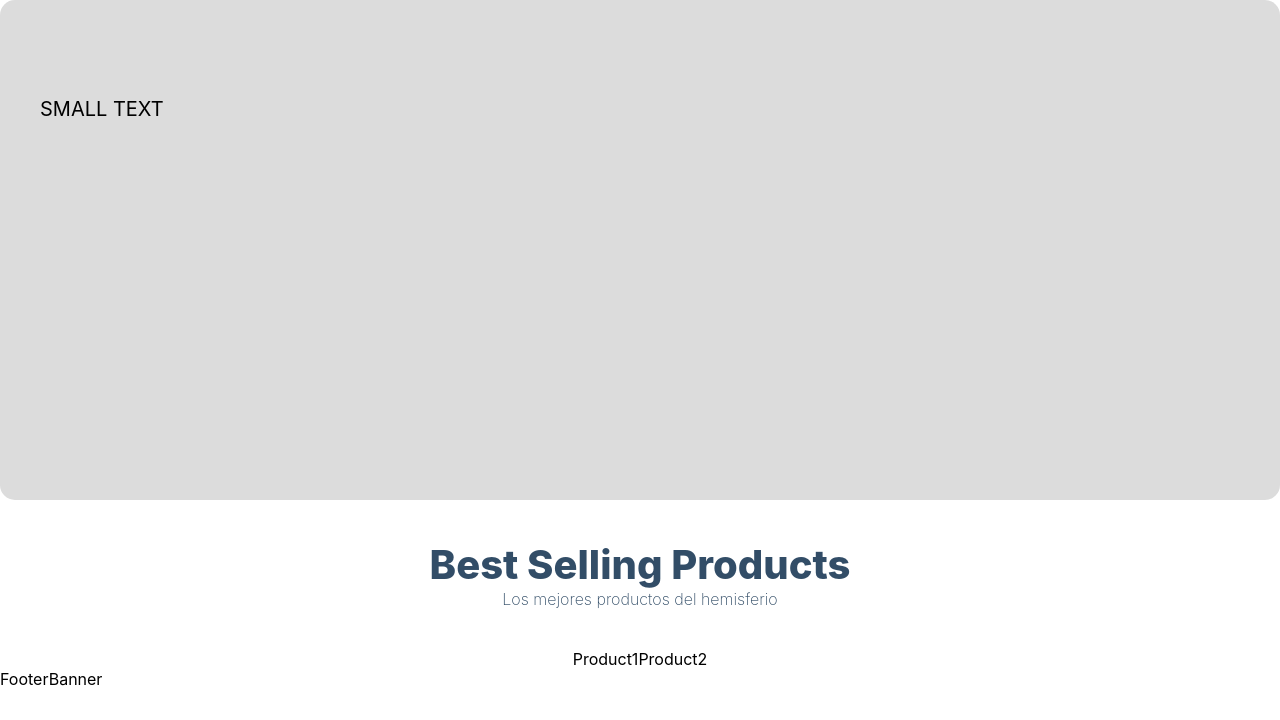
Repository: Josephdiaz99/ecomerceNextJS
Page: /
These files come from the project's save history. The page is drawn as it stood at one moment and after the next save; the edit follows.
The browser window is 1280 px wide. The pictures show the whole page.
The project was rebuilt for these pictures with package versions that can differ from the ones it lists, and the page was loaded fresh each time. The framework's server and built-in components were replaced by stand-ins that run in the browser. Also part of the build but not shown: next.config.js, components/Cart.jsx, components/Footer.jsx, components/Layout.jsx, components/Navbar.jsx, components/Product.jsx.

Above is the page before, as saved 2022-07-11 10:48:54.

### pages/_app.js
import '../styles/globals.css'
import React from 'react'


function MyApp({ Component, pageProps }) {
  return <Component {...pageProps} />
}

export default MyApp

### pages/index.js
import React from 'react'

import {Product,FooterBanner,HeroBanner} from '../components'

const Home = () => {
  return (

    <div>
      <HeroBanner/>

      <div className='products-heading' >
        <h2>Best Selling Products</h2>
        <p>Los mejores productos del hemisferio</p>
      </div>

      <div className='products-container' >
       { ['Product1','Product2'].map((product)=>product)}
      </div>

    <FooterBanner/>
    </div>

  )
}

export default Home

### components/index.js
export {default as Cart} from './Cart'
export {default as Footer} from './Footer'
export {default as FooterBanner} from './FooterBanner'
export {default as HeroBanner} from './HeroBanner'
export {default as Layout} from './Layout'
export {default as Navbar} from './Navbar'
export {default as Product} from './Product'

### components/HeroBanner.jsx
import React from 'react'

const HeroBanner = () => {
  return (
    <div className='hero-banner-container' >
        <div>
            <p className='beats-solo'>SMALL TEXT</p>
        </div>
    </div>
  )
}

export default HeroBanner

Loaded but not shown: styles/globals.css (common file); components/FooterBanner.jsx (common file)

After the next save:
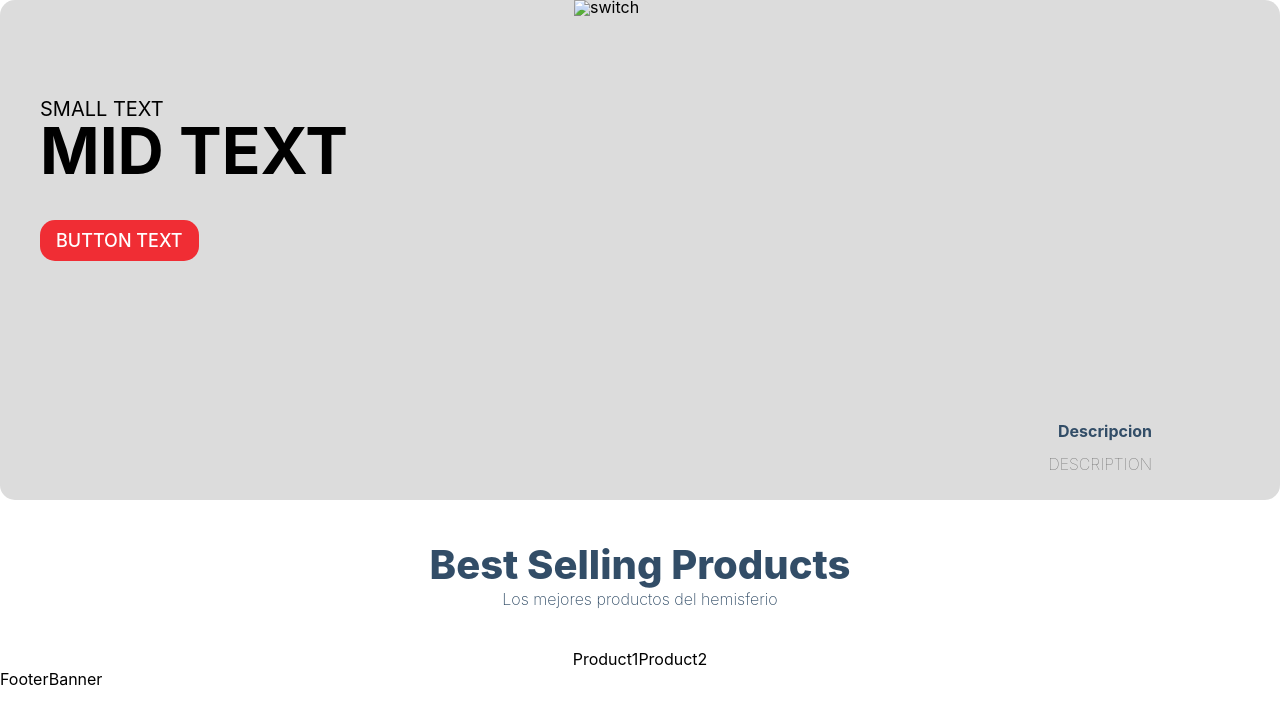
Saved 2 min 44 s later.
--- a/components/HeroBanner.jsx
+++ b/components/HeroBanner.jsx
@@ -1,3 +1,4 @@
+import Link from 'next/link'
 import React from 'react'
 
 const HeroBanner = () => {
@@ -5,6 +6,17 @@
     <div className='hero-banner-container' >
         <div>
             <p className='beats-solo'>SMALL TEXT</p>
+            <h3>MID TEXT</h3>
+            <img src="" alt="switch"  className='hero-banner-image'/>
+            <div>
+                <Link href='/product/ID' >
+                    <button type='button' >BUTTON TEXT</button>
+                </Link>
+                <div className='desc' >
+                    <h5>Descripcion</h5>
+                    <p>DESCRIPTION</p>
+                </div>
+            </div>
         </div>
     </div>
   )
